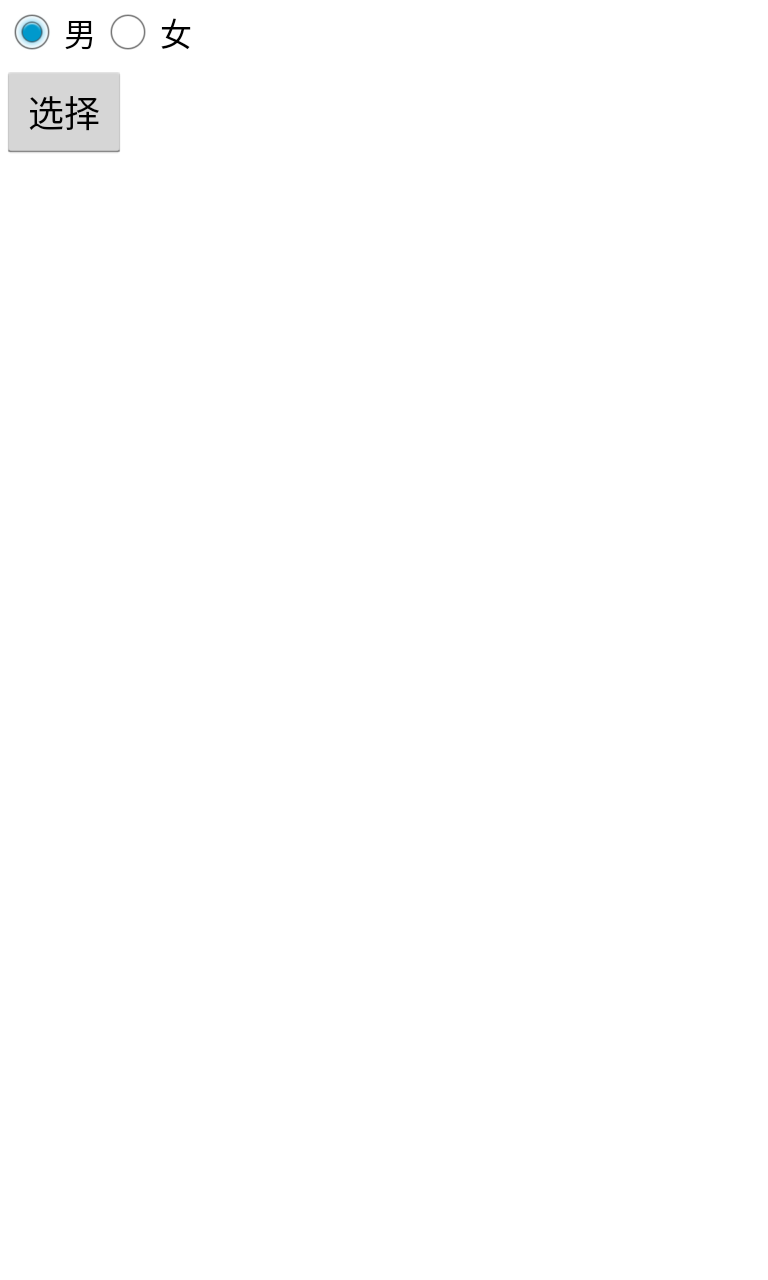
Repository: yhtaphp/yhtqgit
Layout: android/RadioButton/res/layout/activity_main.xml
The author's editor kept a copy of each file at every save. The layout is drawn from the files as they stood at one save, then again after the next save.
It is drawn on a 768 x 1280 px phone screen (xhdpi) without system bars, with theme AppTheme; the app's code is not run.

Above is the layout before, as saved 2016-09-14 15:21:00.

After the next save:
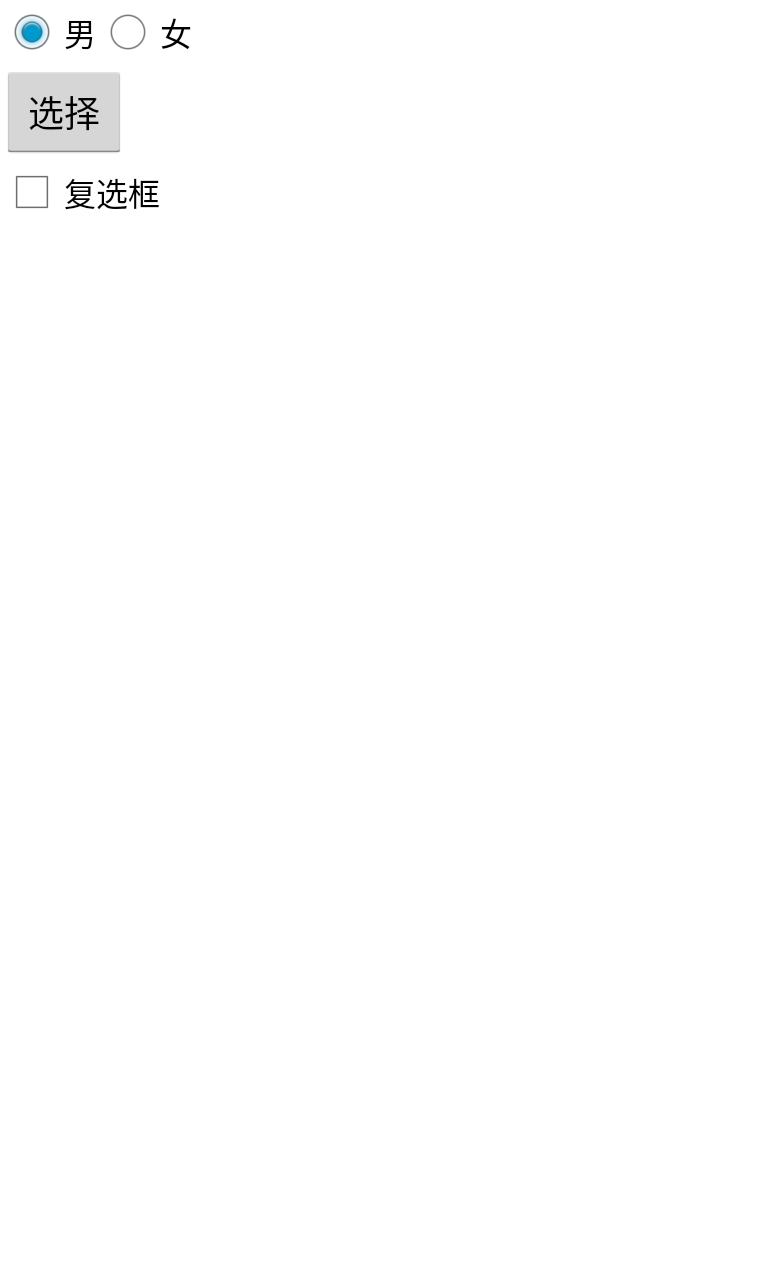
Saved 11 min 48 s later.
--- a/android/RadioButton/res/layout/activity_main.xml
+++ b/android/RadioButton/res/layout/activity_main.xml
@@ -26,5 +26,9 @@
 	    android:layout_width="wrap_content"
 	    android:layout_height="wrap_content"
 	    android:text="选择"/>
-
+	<CheckBox
+	    android:id="@+id/check1"
+	    android:layout_width="wrap_content"
+	    android:layout_height="wrap_content"
+	    android:text="复选框"/>
 </LinearLayout>
